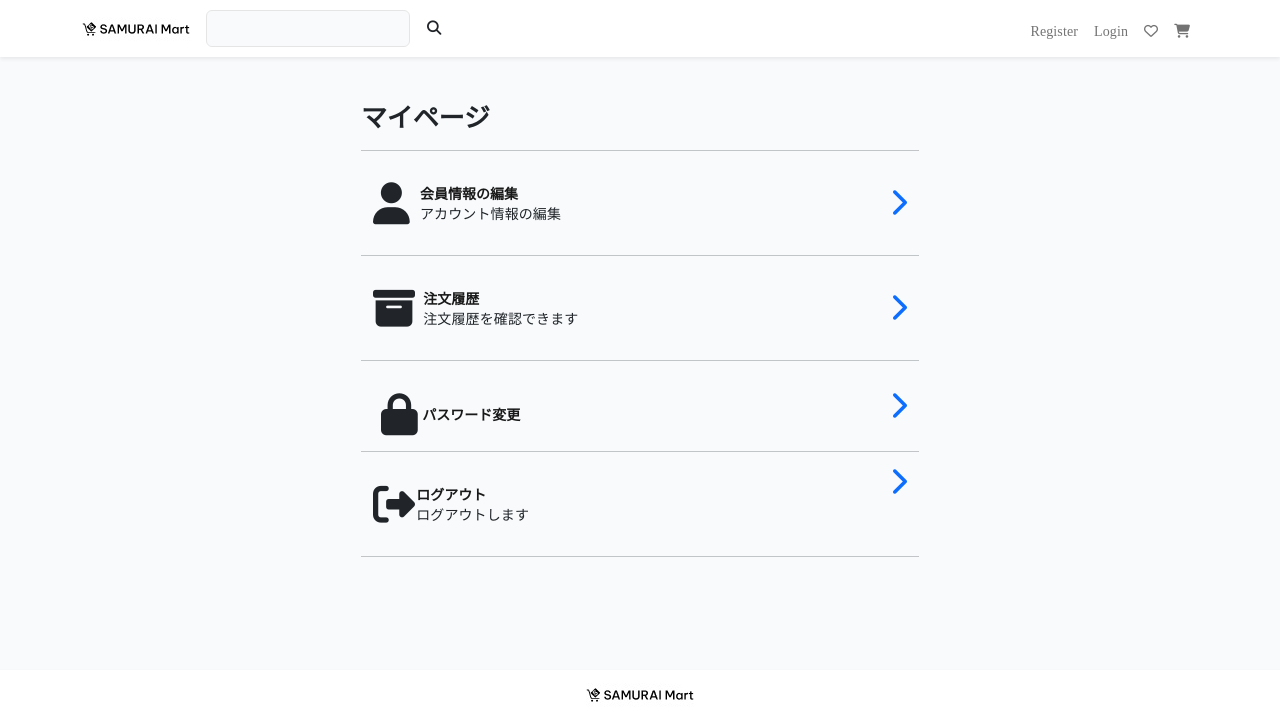
Repository: Satoshi514/laravel_samuraimart
Page: http://localhost/users/mypage
These files come from the project's save history. The page is drawn as it stood at one moment and after the next save; the edit follows.
The browser window is 1280 px wide. The pictures show the whole page.
Some web libraries are served in a nearby version. The page is served by the project's Laravel application, run on PHP 8.4 with Laravel 9. Style sheets and scripts are compiled from the project's sources, by tool versions that may differ from the author's.

Above is the page before, as saved 2023-06-19 10:49:54.

After the next save:
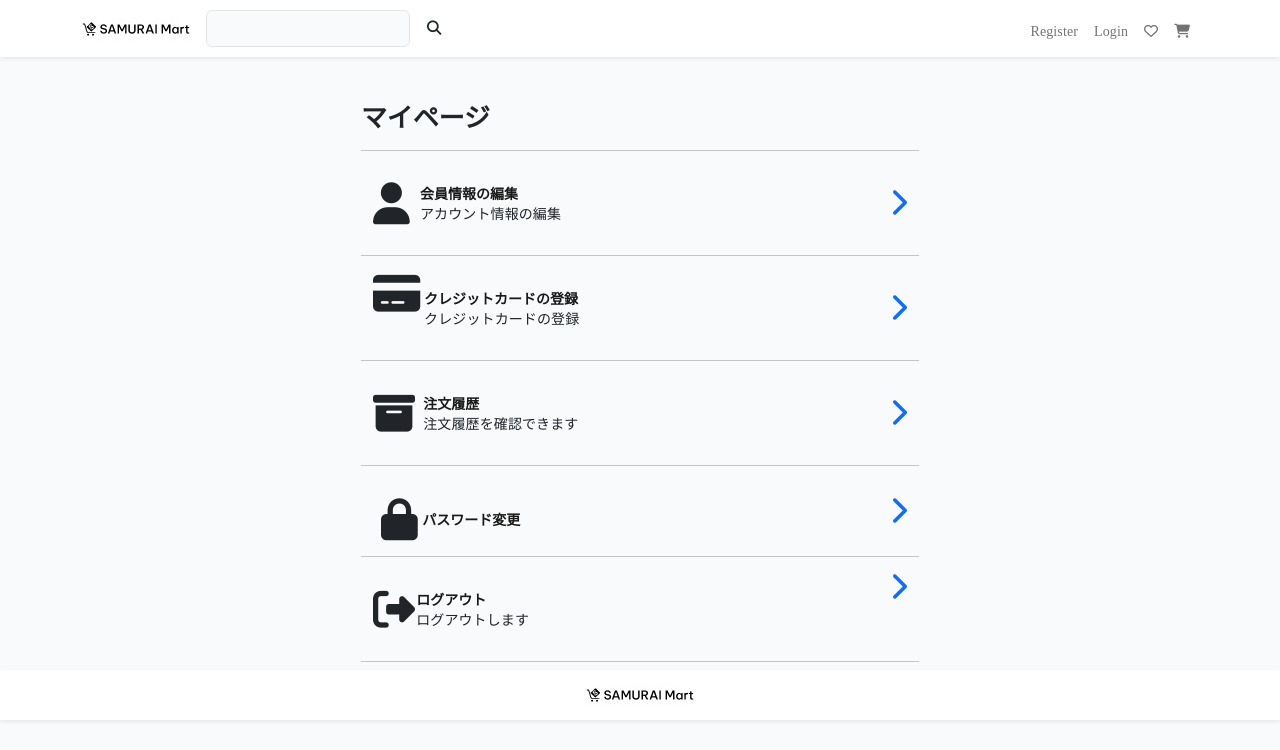
Saved 12 min 19 s later.
--- a/resources/views/users/mypage.blade.php
+++ b/resources/views/users/mypage.blade.php
@@ -22,6 +22,29 @@
         </div>
         <div class="d-flex align-items-center">
           <a href="{{ route('mypage.edit')}}">
+            <i class="fas fa-chevron-right fa-2x"></i>
+          </a>
+        </div>
+      </div>
+    </div>
+
+    <hr>
+
+    <div class="container">
+      <div class="d-flex justify-content-between">
+        <div class="row">
+          <div class="col-2 d-flex align-items-canter">
+            <i class="fas fa-credit-card fa-3x"></i>
+          </div>
+          <div class="col-9 d-flex align-items-center ms-2 mt-3">
+            <div class="d-flex flex-column">
+              <label for="user-name">クレジットカードの登録</label>
+              <p>クレジットカードの登録</p>
+            </div>
+          </div>
+        </div>
+        <div class="d-flex align-items-center">
+          <a href="{{route('mypage.register_card')}}">
             <i class="fas fa-chevron-right fa-2x"></i>
           </a>
         </div>
